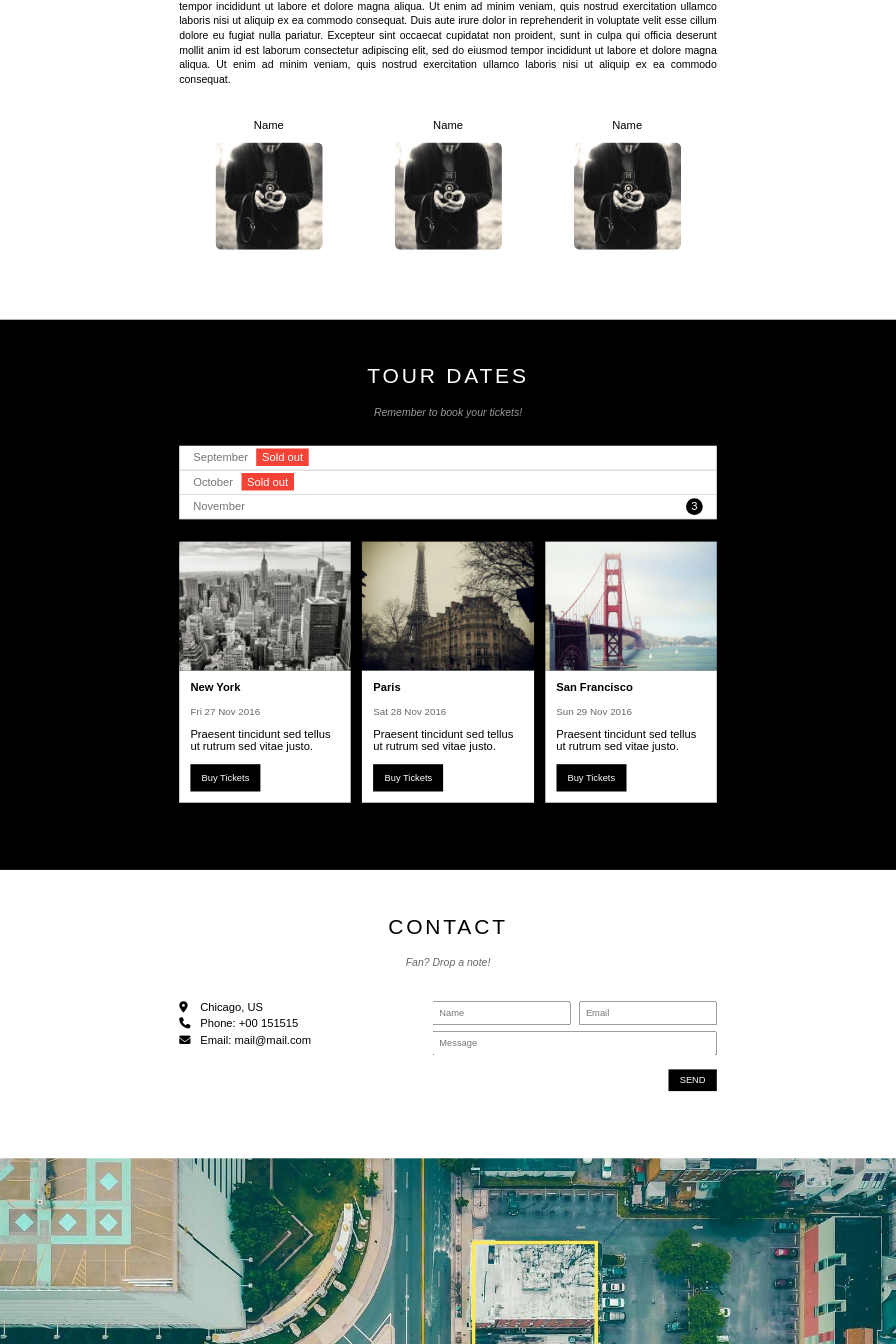
Repository: TranPhucThinh/clone-the-band
Page: index.html
An editor plug-in stored every save of this project. The page is shown before and after the next save, followed by the edit.
The browser window is 1280 px wide. The pictures show the part of the page from y = 864 to 2784 px (the page is 3446 px tall), at 70% of full size.
Some web libraries are served in a nearby version.

Above is the page before, as saved 2022-08-04 22:19:06.

### index.html
<!DOCTYPE html>
<html lang="en">

<head>
    <meta charset="UTF-8">
    <meta http-equiv="X-UA-Compatible" content="IE=edge">
    <meta name="viewport" content="width=device-width, initial-scale=1.0">

    <title>The Band</title>

    <link rel="stylesheet" href="./assets/styles/style.css">
    <link rel="stylesheet" href="./assets/styles/responsive.css">
    <link rel="stylesheet" href="https://cdnjs.cloudflare.com/ajax/libs/font-awesome/6.1.2/css/all.min.css">
</head>

<body>
    <div id="main">

        <div id="header">
            <ul id="nav">
                <li><a href="#">Home</a></li>
                <li><a href="#band">Band</a></li>
                <li><a href="#tour">Tour</a></li>
                <li><a href="#contact">Contact</a></li>
                <li>
                    <a href="">
                        More
                        <i class="fa-solid fa-caret-down"></i>
                    </a>

                    <ul class="subnav">
                        <li><a href="">Merchandise</a></li>
                        <li><a href="">Extras</a></li>
                        <li><a href="">Media</a></li>
                    </ul>
                </li>
            </ul>

            <div class="search-btn">
                <i class="fa-solid fa-magnifying-glass"></i>
            </div>
        </div>

        <div id="slider">
            <div class="text-slider">
                <div class="slider-heading">Los Angeles</div>
                <div class="slider-title">We had the best time playing at Venice Beach!</div>
            </div>
        </div>

        <div id="content">
            <!-- Section About -->
            <div class="section-about" id="band">
                <div class="section-content">
                    <p class="title">The band</p>
                    <i class="subtitle">We love music</i>

                    <p class="desc">
                        We have created a fictional band website. Lorem ipsum dolor sit amet, consectetur adipiscing
                        elit,
                        sed
                        do eiusmod tempor incididunt ut labore et dolore magna aliqua. Ut enim ad minim veniam, quis
                        nostrud
                        exercitation ullamco laboris nisi ut aliquip ex ea commodo consequat. Duis aute irure dolor in
                        reprehenderit in voluptate velit esse cillum dolore eu fugiat nulla pariatur. Excepteur sint
                        occaecat
                        cupidatat non proident, sunt in culpa qui officia deserunt mollit anim id est laborum
                        consectetur
                        adipiscing elit, sed do eiusmod tempor incididunt ut labore et dolore magna aliqua. Ut enim ad
                        minim
                        veniam, quis nostrud exercitation ullamco laboris nisi ut aliquip ex ea commodo consequat.
                    </p>
                    <div class="member">
                        <div class="member-1">
                            <p>Name</p>
                            <img src="./assets/imgs/bandmember.jpg" alt="">
                        </div>
                        <div class="member-2">
                            <p>Name</p>
                            <img src="./assets/imgs/bandmember.jpg" alt="">
                        </div>
                        <div class="member-3">
                            <p>Name</p>
                            <img src="./assets/imgs/bandmember.jpg" alt="">
                        </div>
                    </div>
                </div>
            </div>
            <!-- End of Section About -->

            <!-- Section Tour Dates -->
            <div class="tour-date" id="tour">
                <div class="section-content">
                    <p class="title">Tour dates</p>
                    <i class="subtitle">Remember to book your tickets!</i>

                    <ul class="ticket-state">
                        <li>September<span class="sold-out">Sold out</span></li>
                        <li>October<span class="sold-out">Sold out</span></li>
                        <li>November<span class="quantity">3</span></li>
                    </ul>

                    <div class="places-list">
                        <div class="place-item">
                            <img src="./assets/imgs/newyork.jpg" alt="" class="place-img">
                            <div class="place-content">
                                <p class="place">New York</p>
                                <p class="time">Fri 27 Nov 2016</p>
                                <p class="place-desc">Praesent tincidunt sed tellus ut rutrum sed vitae justo.</p>
                                <button class="buy-ticket-btn js-buy-ticket">Buy Tickets</button>
                            </div>
                        </div>
                        <div class="place-item">
                            <img src="./assets/imgs/paris.jpg" alt="" class="place-img">
                            <div class="place-content">

                                <p class="place">Paris</p>
                                <p class="time">Sat 28 Nov 2016</p>
                                <p class="place-desc">Praesent tincidunt sed tellus ut rutrum sed vitae justo.</p>
                                <button class="buy-ticket-btn js-buy-ticket">Buy Tickets</button>
                            </div>
                        </div>
                        <div class="place-item">
                            <img src="./assets/imgs/sanfran.jpg" alt="" class="place-img">
                            <div class="place-content">
                                <p class="place">San Francisco</p>
                                <p class="time">Sun 29 Nov 2016</p>
                                <p class="place-desc">Praesent tincidunt sed tellus ut rutrum sed vitae justo.</p>
                                <button class="buy-ticket-btn js-buy-ticket">Buy Tickets</button>
                            </div>
                        </div>
                    </div>
                </div>
            </div>
            <!-- End of Section Tour Dates -->

            <!-- Section Contact -->
            <div class="section-contact" id="contact">
                <div class="section-content">
                    <p class="title">Contact</p>
                    <i class="subtitle">Fan? Drop a note!</i>

                    <div class="contact-content">
                        <div class="contact-by">
                            <div class="address"><i class="fa-solid fa-location-dot icon-contact"></i>Chicago, US</div>
                            <div class="phone"><i class="fa-solid fa-phone icon-contact"></i>Phone: +00 151515</div>
                            <div class="email"><i class="fa-solid fa-envelope icon-contact"></i>Email: mail@mail.com
                            </div>
                        </div>

                        <div class="send-msg">
                            <form action="">
                                <div class="info-user">
                                    <input type="text" required class="input field-name" placeholder="Name">
                                    <input type="text" required class="input field-email" placeholder="Email">
                                </div>
                                <input type="text" required class="input field-msg" placeholder="Message">
                                <button class="send-btn">SEND</button>
                            </form>
                        </div>
                    </div>
                </div>
            </div>
            <!-- End of Section Contact -->

            <!-- Section Map -->
            <div class="section-map">
                <img src="./assets/imgs/map.jpg" alt="">
            </div>
            <!-- End of Section Map -->
        </div>

        <div id="footer">
            <div class="social-icon">
                <i class="fa-brands fa-square-facebook"></i>
                <i class="fa-brands fa-square-instagram"></i>
                <i class="fa-brands fa-square-snapchat"></i>
                <i class="fa-brands fa-square-pinterest"></i>
                <i class="fa-brands fa-square-twitter"></i>
                <i class="fa-brands fa-linkedin"></i>
            </div>
            <p>Power by <a>w3.css</a></p>
        </div>

        <!-- Buy tickets modal section -->
        <div class="modal">
            <div class="modal-container">
                <div class="header-modal">
                    <h1><i class="fa-solid fa-suitcase"></i> Tickets</h1>
                    <div class="close-btn">✖</div>
                </div>

                <div class="body-modal">
                    <div class="quantity-ticket">
                        <label for="quantity-input">
                            <i class="fa-solid fa-cart-shopping"></i>
                            Tickets, $15 per person
                        </label>
                        <input type="text" placeholder="How many?" id="quantity-input">
                        <div class="quantity-msg"></div>
                    </div>
                    <div class="send-to">
                        <label for="email-input">
                            <i class="fa-solid fa-user"></i>
                            Send To
                        </label>
                        <input type="text" placeholder="Enter email" id="email-input">
                        <div class="email-msg"></div>
                    </div>

                    <button class="pay-btn">PAY <i class="fa-solid fa-check"></i></button>
                    <p>Need <a>help?</a></p>
                </div>
            </div>
        </div>
        <!-- End of Buy tickets modal section -->
    </div>


    <script src="./src/script.js"></script>
</body>

</html>

### assets/styles/style.css
* {
  padding: 0;
  margin: 0;
  box-sizing: border-box;
}

html {
  scroll-behavior: smooth;
  font-family: Arial, Helvetica, sans-serif;
}

/* ----------------- Header Section ----------------- */
#header {
  height: 46px;
  background-color: #000;
  position: fixed;
  top: 0;
  right: 0;
  left: 0;
  z-index: 1;
}

#nav {
  display: inline-block;
}

#nav > li {
  display: inline-block;
}

#nav li {
  position: relative;
}

#nav > li > a {
  color: #fff;
  text-transform: uppercase;
}

#nav li a {
  line-height: 46px;
  padding: 0 24px;
  display: inline-block;
  text-decoration: none;
}

#nav > li:hover > a,
.subnav li:hover a {
  color: #000;
  background-color: #ccc;
}

#nav .subnav {
  display: none;
  position: absolute;
  background-color: #fff;
  box-shadow: 0 4px 10px 0 rgb(0 0 0 / 20%), 0 4px 20px 0 rgb(0 0 0 / 19%);
}

#nav li:last-child:hover .subnav {
  display: block;
}

#nav li:last-child:hover .fa-caret-down {
  color: #000;
}

#nav .subnav li {
  list-style-type: none;
}

#nav .subnav a {
  color: #000;
  display: block;
  line-height: 40px;
  padding: 0 32px;
}

#header .fa-solid {
  color: #fff;
}

.search-btn {
  float: right;
  line-height: 46px;
  padding: 0 20px;
}

.search-btn:hover {
  background-color: red;
  cursor: pointer;
}
/* ---------- End of Header Section ------------ */

/* -------------- Slider Section -------------- */
#slider {
  background-color: #fff;
  margin-top: 46px;
  padding-top: 50%;
  background: url('/assets/imgs/la.jpg') top center / cover no-repeat;
  position: relative;
}

#slider .text-slider {
  color: #fff;
  text-align: center;
  position: absolute;
  bottom: 47px;
  left: 50%;
  transform: translate(-50%);
}

#slider .slider-heading {
  font-size: 20px;
  margin-bottom: 16px;
}

#slider .slider-title {
  font-size: 14px;
  font-weight: 700;
}
/* ------------- End of Slider Section ------------- */

/* ------------- Content Section ----------------- */
/* About Section */
.section-content {
  width: 800px;
  max-width: 100%;
  margin: 0 auto;
  text-align: center;
  padding: 64px 0;
  padding-left: 16px;
  padding-right: 16px;
}

.section-content .title {
  font-size: 30px;
  text-transform: uppercase;
  letter-spacing: 4px;
  margin-bottom: 25px;
}

.section-content .subtitle {
  opacity: 0.6;
  font-size: 15px;
  margin-bottom: 15px;
  display: inline-block;
}

#content .desc {
  text-align: justify;
  font-size: 15px;
  line-height: 1.4;
  margin-bottom: 47px;
}

#content .member {
  display: flex;
  justify-content: space-around;
  margin-bottom: 32px;
}

.member p {
  margin-bottom: 15px;
}

.member img {
  width: 60%;
  border-radius: 8px;
}
/* End of About Section */

/* Tour date Section */
.tour-date {
  background-color: #000;
  color: #fff;
}

.ticket-state {
  text-align: start;
  list-style-type: none;
  margin-top: 25px;
}

.ticket-state li {
  padding: 8px 20px;
  background-color: #fff;
  color: #757575;
  border-bottom: 1px solid #ddd;
}

.ticket-state .sold-out {
  background-color: #f44336;
  color: #fff;
  padding: 4px 8px;
  margin-left: 12px;
}

.ticket-state .quantity {
  float: right;
  color: #fff;
  background-color: #000;
  width: 24px;
  height: 24px;
  text-align: center;
  line-height: 24px;
  border-radius: 50%;
  margin-top: -3px;
}

.places-list {
  padding: 32px 0;
  display: flex;
  margin: 0 -8px;
}

.place-item {
  width: 33.33%;
  padding: 0 8px;
}

.place-item img {
  width: 100%;
  display: block;
}

.place-content {
  background-color: #fff;
  color: #000;
  text-align: start;
  padding: 16px;
}

.place-content .place {
  margin-bottom: 16px;
  font-weight: 700;
}

.place-content .time {
  opacity: 0.6;
  font-size: 14px;
  margin-bottom: 16px;
}

.place-content .place-desc {
  margin-bottom: 16px;
}

.place-content .buy-ticket-btn {
  border: none;
  color: #fff;
  background-color: #000;
  padding: 12px 16px;
}

.place-content .buy-ticket-btn:hover {
  color: #000;
  background-color: #ccc;
  cursor: pointer;
}
/* End of Tour date Section */

/* Contact Section */
.contact-content {
  display: flex;
  justify-content: space-between;
  padding: 32px 0;
}

.contact-by {
  text-align: start;
}

.contact-by .icon-contact {
  width: 30px;
  margin-bottom: 8px;
}

.field-name {
  margin-right: 8px;
}

.field-msg {
  width: 100%;
  margin-top: 8px;
}

.input {
  padding: 8px;
}

.send-btn {
  border: none;
  background-color: #000;
  color: #fff;
  padding: 8px 16px;
  margin-top: 20px;
  float: right;
}

.send-btn:hover {
  color: #000;
  background-color: #ccc;
  cursor: pointer;
}
/* End of Contact Section */

/* Map Section */
.section-map img {
  width: 100%;
}
/* End of Map Section */
/* ------------- End of Content Section ------------- */

/* ----------------- Footer Section ----------------- */
#footer {
  padding: 64px;
}

.social-icon {
  font-size: 24px;
  opacity: 0.6;
  text-align: center;
}

.social-icon i {
  margin: 0 4px;
}

.social-icon i:hover {
  opacity: 0.4;
  cursor: pointer;
}

#footer p {
  margin: 15px;
  font-size: 15px;
  opacity: 0.6;
  text-align: center;
}

#footer a {
  text-decoration: underline;
  cursor: pointer;
}
/* -------------- End of Footer Section ----------------- */

/* -------------- Modal Section ----------------- */
.modal {
  position: fixed;
  right: 0;
  left: 0;
  top: 0;
  bottom: 0;
  background: rgba(0, 0, 0, 0.4);
  display: flex;
  align-items: center;
  display: none;
}

.modal-container {
  width: 900px;
  max-width: calc(100%-32px);
  margin: 0 auto;
  animation: modalFadeIn ease 0.7s;
}

.header-modal {
  padding: 32px;
  background-color: #009688;
  text-align: center;
  color: #fff;
  position: relative;
}

.header-modal i {
  margin-right: 8px;
}

.close-btn {
  font-size: 24px;
  position: absolute;
  top: 0;
  right: 0;
  padding: 8px 16px;
}

.close-btn:hover {
  background-color: #ccc;
  color: #000;
  cursor: pointer;
}

.body-modal {
  background-color: #fff;
  padding: 0 16px;
  font-size: 15px;
}

.body-modal label {
  display: block;
  padding: 15px 0;
}

.body-modal input {
  width: 100%;
  padding: 8px;
  border: 1px solid #ccc;
  margin-bottom: 8px;
}

.pay-btn {
  border: none;
  width: 100%;
  background-color: #009688;
  color: #fff;
  padding: 16px;
  margin-top: 24px;
}

.pay-btn:hover {
  background-color: #ccc;
  color: #000;
  cursor: pointer;
}

.body-modal p {
  text-align: right;
  padding: 24px 0;
}

.body-modal a {
  text-decoration: underline;
  color: blue;
  cursor: pointer;
}

.open {
  display: flex;
}

.danger {
  color: red;
  font-size: 13px;
  font-style: italic;
}
/* ---------End of Modal Section ------------ */

@keyframes modalFadeIn {
  from {
    opacity: 0;
    transform: translateY(-150px);
  }
  to {
    opacity: 1;
    transform: translateY(0);
  }
}

### assets/styles/responsive.css
/* @media  */

### src/script.js
const btns = document.querySelectorAll('.js-buy-ticket');
const modal = document.querySelector('.modal');
const modalContainer = document.querySelector('.modal-container');
const closeBtn = document.querySelector('.close-btn');
const quantityInput = document.getElementById('quantity-input');
const quantityMsg = document.querySelector('.quantity-msg');
const emailInput = document.getElementById('email-input');
const emailMsg = document.querySelector('.email-msg');
const payBtn = document.querySelector('.pay-btn');

const regExEmail = /^\w+([\.-]?\w+)*@\w+([\.-]?\w+)*(\.\w{2,3})+$/;
const regExQuantity = /^[0-9]+$/;

const reset = () => {
  quantityInput.value = '';
  emailInput.value = '';
  quantityMsg.innerHTML = '';
  emailMsg.innerHTML = '';
};

btns.forEach((btn) => {
  btn.addEventListener('click', () => {
    modal.classList.add('open');
  });
});

const hideBuyTickets = () => {
  reset();
  modal.classList.remove('open');
};

closeBtn.addEventListener('click', hideBuyTickets);

payBtn.addEventListener('click', () => {
  let flat = false;
  if (!quantityInput.value || quantityInput.value === '0') {
    quantityMsg.innerHTML = `<span class="danger">Enter a number greater than 0, please!</span>`;
  } else if (!regExQuantity.test(quantityInput.value)) {
    quantityMsg.innerHTML = `<span class="danger">Value is invalid!</span>`;
  } else {
    quantityMsg.innerHTML = '';
    flat = true;
  }

  if (!emailInput.value) {
    emailMsg.innerHTML = `<span class="danger">Enter your email, please!</span>`;
    flat = false;
  } else if (!regExEmail.test(emailInput.value)) {
    emailMsg.innerHTML = '<span class="danger">Your email is invalid!</span>';
    flat = false;
  } else {
    emailMsg.innerHTML = '';
  }

  if (flat) {
    modal.classList.remove('open');
    alert('You have successfully ordered');

    reset();
  }
});

modal.addEventListener('click', hideBuyTickets);
modalContainer.addEventListener('click', (e) => {
  e.stopPropagation();
});

After the next save:
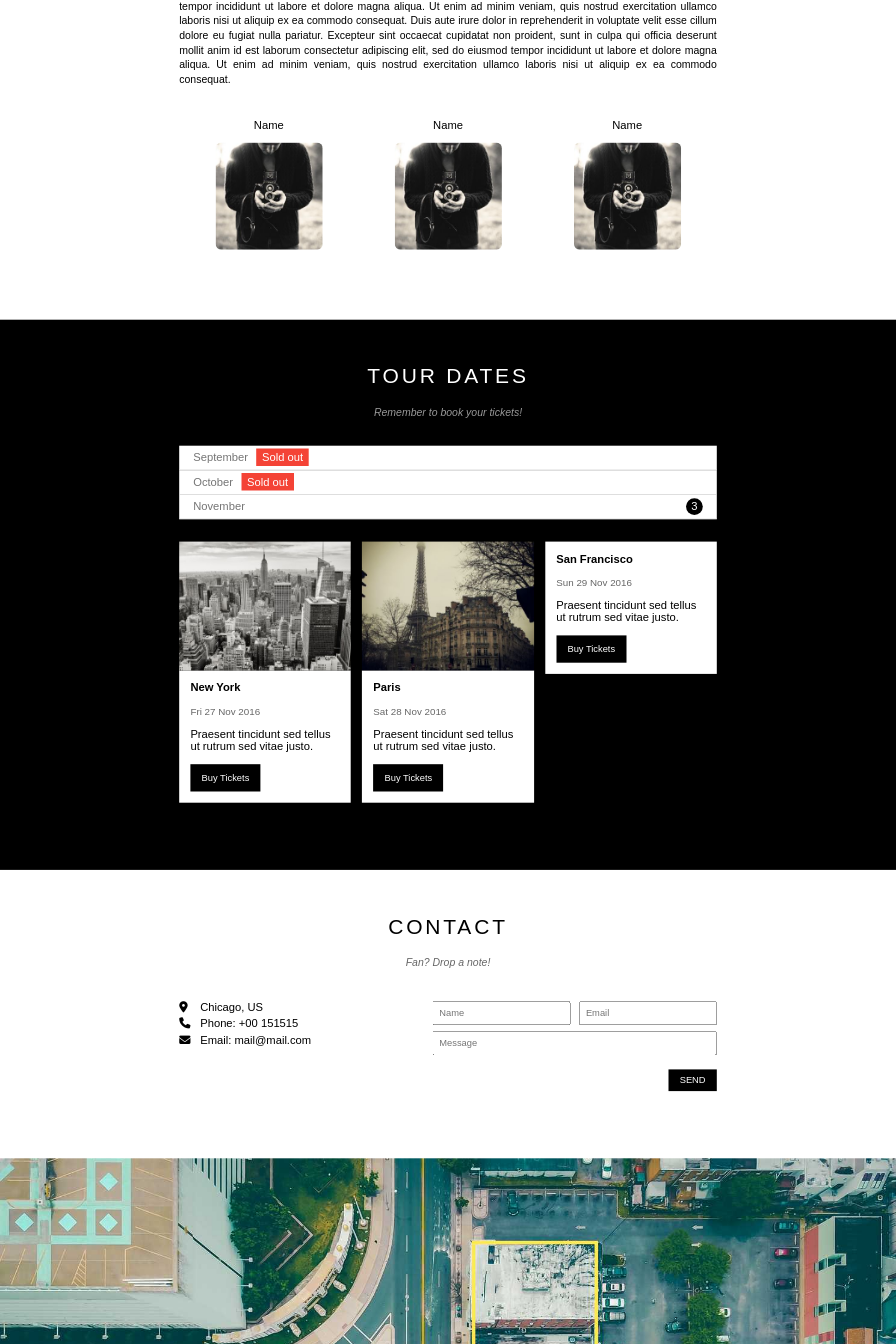
Not found: assets/imgs/sanfran - Copy.jpg
Saved 46 min 6 s later.
--- a/index.html
+++ b/index.html
@@ -121,7 +121,7 @@
                             </div>
                         </div>
                         <div class="place-item">
-                            <img src="./assets/imgs/sanfran.jpg" alt="" class="place-img">
+                            <img src="./assets/imgs/sanfran - Copy.jpg" alt="" class="place-img">
                             <div class="place-content">
                                 <p class="place">San Francisco</p>
                                 <p class="time">Sun 29 Nov 2016</p>

After the 2 saves that followed:
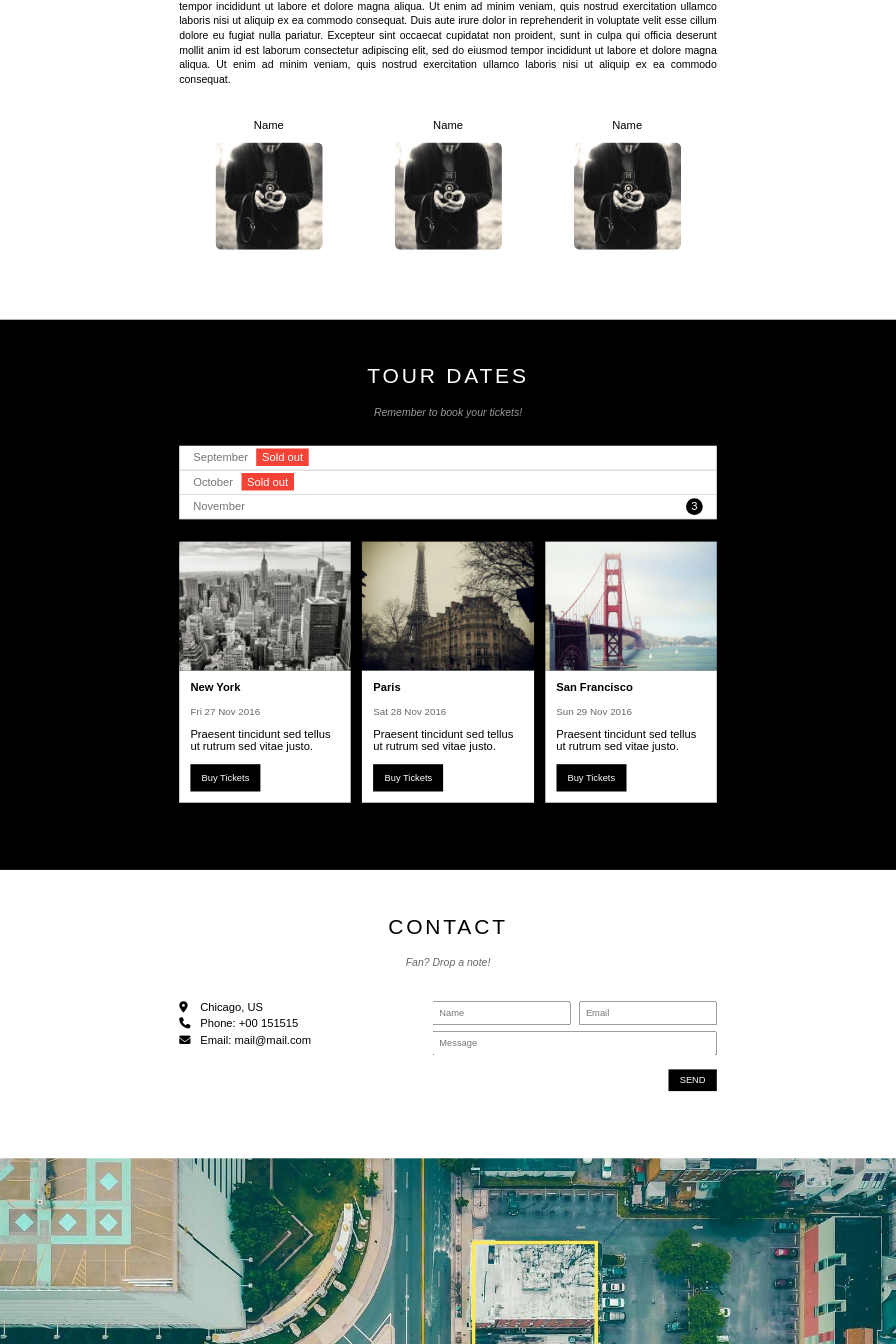
The 2 saves are shown as one change because 1 left the picture as it was.
The last was saved 5 min 55 s later.
--- a/index.html
+++ b/index.html
@@ -121,7 +121,7 @@
                             </div>
                         </div>
                         <div class="place-item">
-                            <img src="./assets/imgs/sanfran - Copy.jpg" alt="" class="place-img">
+                            <img src="./assets/imgs/sanfran.jpg" alt="" class="place-img">
                             <div class="place-content">
                                 <p class="place">San Francisco</p>
                                 <p class="time">Sun 29 Nov 2016</p>
